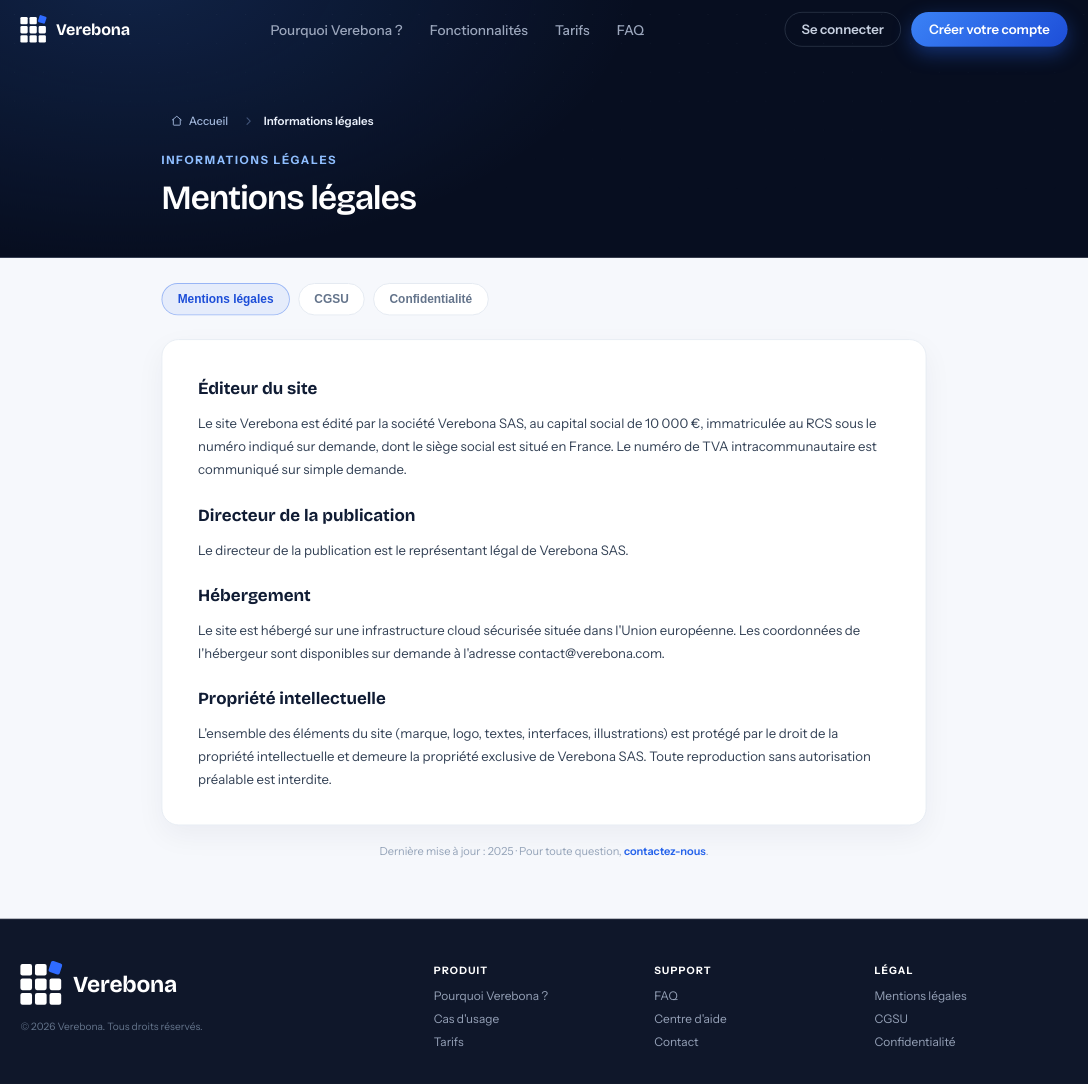
Repository: AdminVerebona/verebona-public
Page: /mentions-legales
These files come from the project's save history. The page is drawn as it stood at one moment and after the next save; the edit follows.
The browser window is 1280 px wide. The pictures show the whole page, at 85% of full size.
The project was rebuilt for these pictures with package versions that can differ from the ones it lists, and the page was loaded fresh each time. Also part of the build but not shown: next.config.mjs, vite.config.js, vite.config.ts, src/composables/useLanding.ts, src/sections/HeroSection.vue, src/sections/WhySection.vue, src/sections/UseCasesSection.vue, src/sections/FeaturesSection.vue and 6 more.

Above is the page before, as saved 2026-07-10 11:11:00.

After the next save:
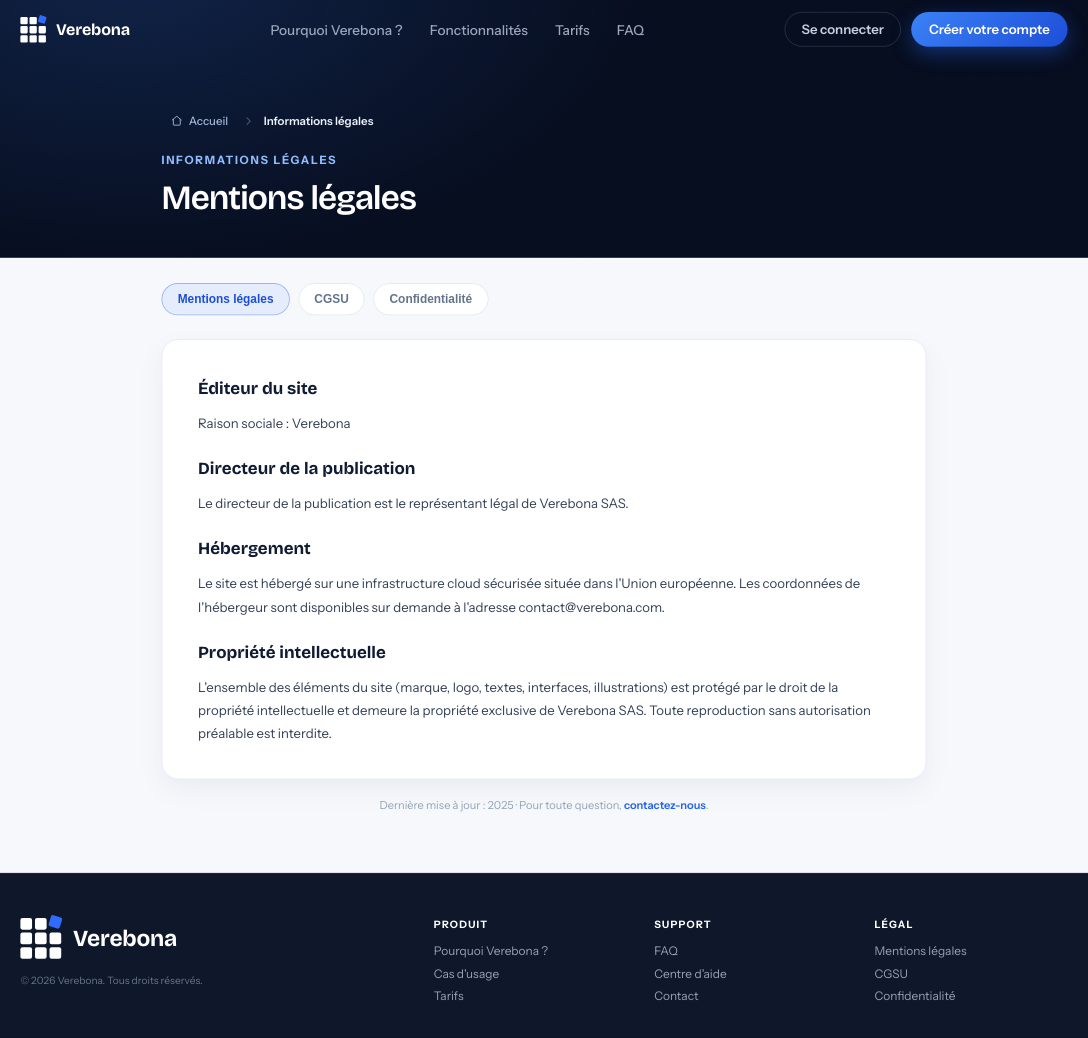
Saved 3 h 55 min later.
--- a/src/views/LegalView.vue
+++ b/src/views/LegalView.vue
@@ -18,7 +18,7 @@
       <template v-if="isMentions">
         <div style="font-size:15.5px;line-height:1.75;color:#334155">
           <h2 style="font-size:20px;font-weight:700;color:#0F1B33;font-family:'Bricolage Grotesque',sans-serif;margin:0 0 10px">Éditeur du site</h2>
-          <p style="margin:0 0 22px">Le site Verebona est édité par la société Verebona SAS, au capital social de 10&nbsp;000&nbsp;€, immatriculée au RCS sous le numéro indiqué sur demande, dont le siège social est situé en France. Le numéro de TVA intracommunautaire est communiqué sur simple demande.</p>
+          <p style="margin:0 0 22px"><span>Raison sociale :</span> Verebona</p>
           <h2 style="font-size:20px;font-weight:700;color:#0F1B33;font-family:'Bricolage Grotesque',sans-serif;margin:0 0 10px">Directeur de la publication</h2>
           <p style="margin:0 0 22px">Le directeur de la publication est le représentant légal de Verebona SAS.</p>
           <h2 style="font-size:20px;font-weight:700;color:#0F1B33;font-family:'Bricolage Grotesque',sans-serif;margin:0 0 10px">Hébergement</h2>
